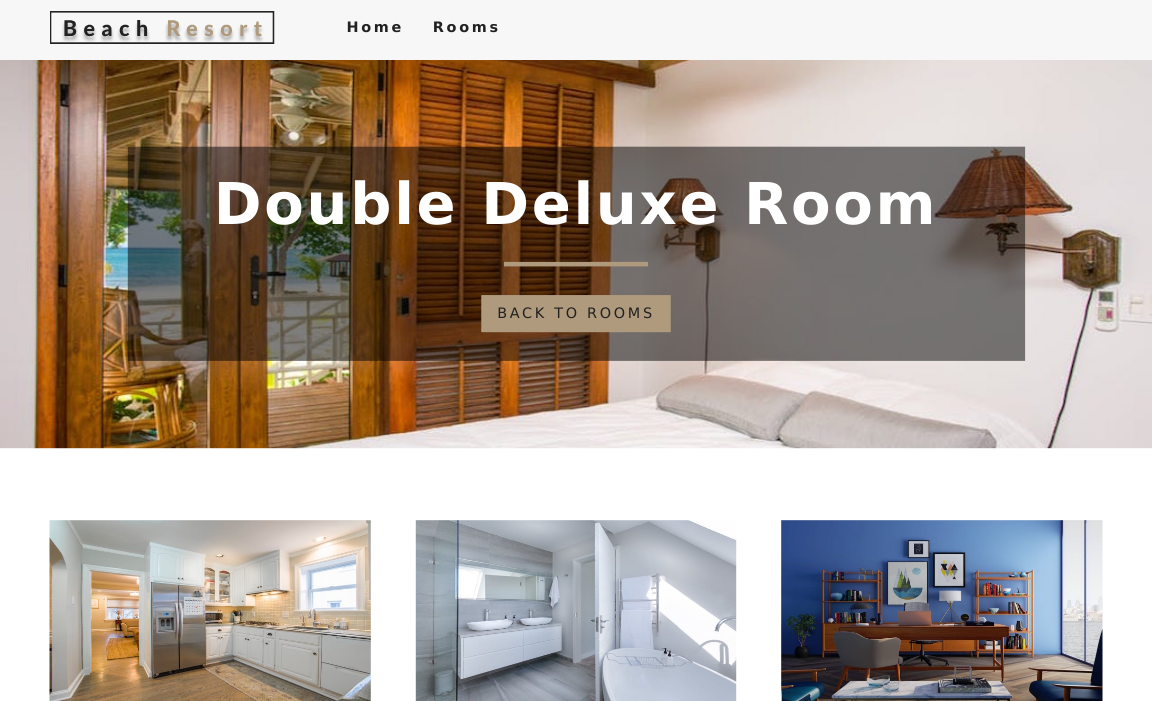
Repository: thanhn379/react-beach-resort
Page: /rooms/double-deluxe
An editor plug-in stored every save of this project. The page is shown before and after the next save, followed by the edit.
The browser window is 1280 px wide. The pictures show the whole page, at 90% of full size.
The project was rebuilt for these pictures with package versions that can differ from the ones it lists, and the page was loaded fresh each time. Also part of the build but not shown: src/components/Hero.js, src/components/Title.js, src/components/Services.js, src/components/Loading.js, src/components/Room.js, src/components/FeaturedRooms.js, src/pages/Home.js, src/pages/Rooms.js and 1 more.

Above is the page before, as saved 2019-11-16 04:03:07.

After the next save:
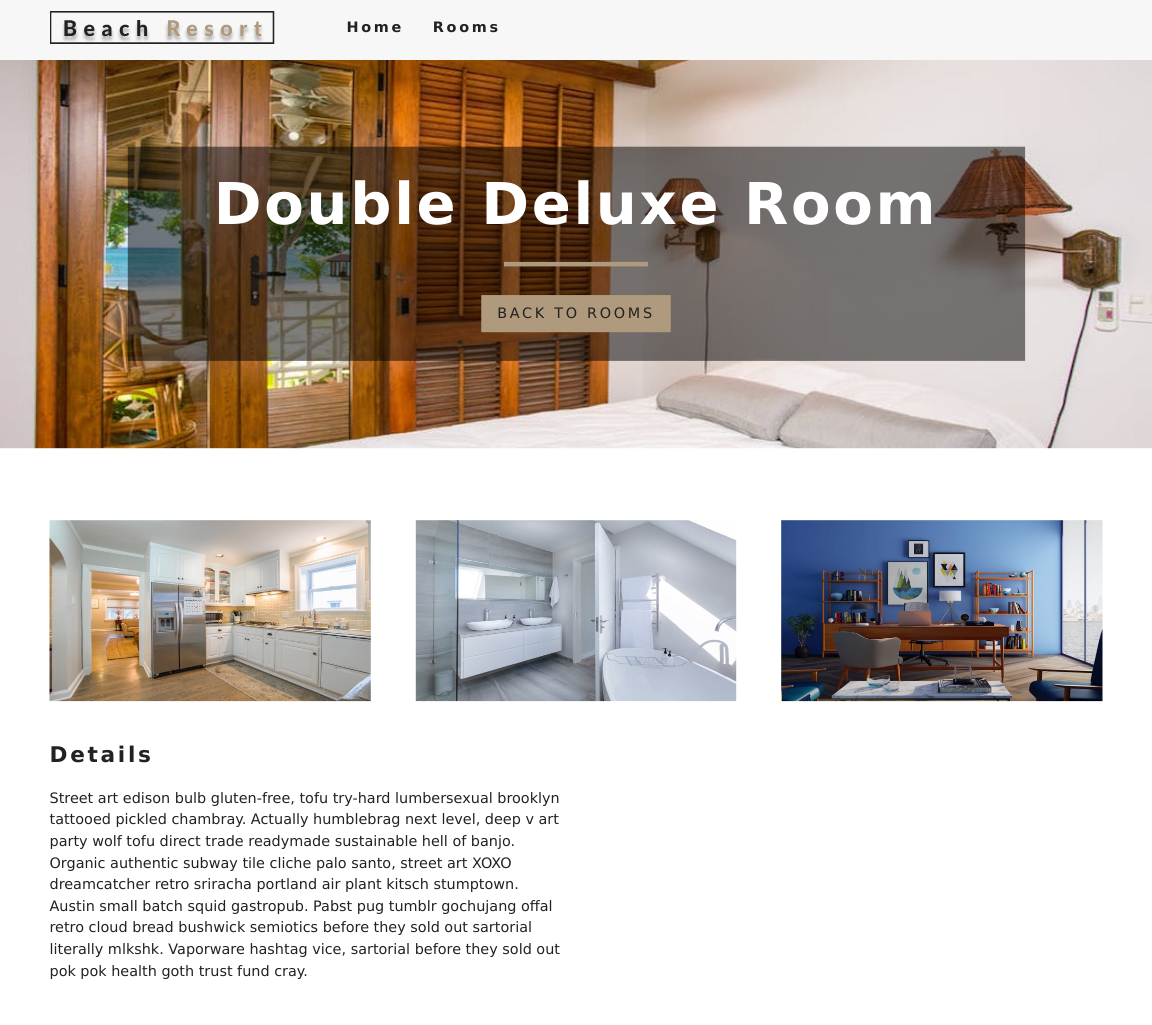
Saved 2 h 41 min later.
--- a/src/pages/SingleRoom.js
+++ b/src/pages/SingleRoom.js
@@ -61,6 +61,13 @@ export default class SingleRoom extends Component {
               return <img key={index} src={item} alt={name} />;
             })}
           </div>
+
+          <div className="single-room-info">
+            <article className="desc">
+              <h3>details</h3>
+              <p>{description}</p>
+            </article>
+          </div>
         </section>
       </>
     );
